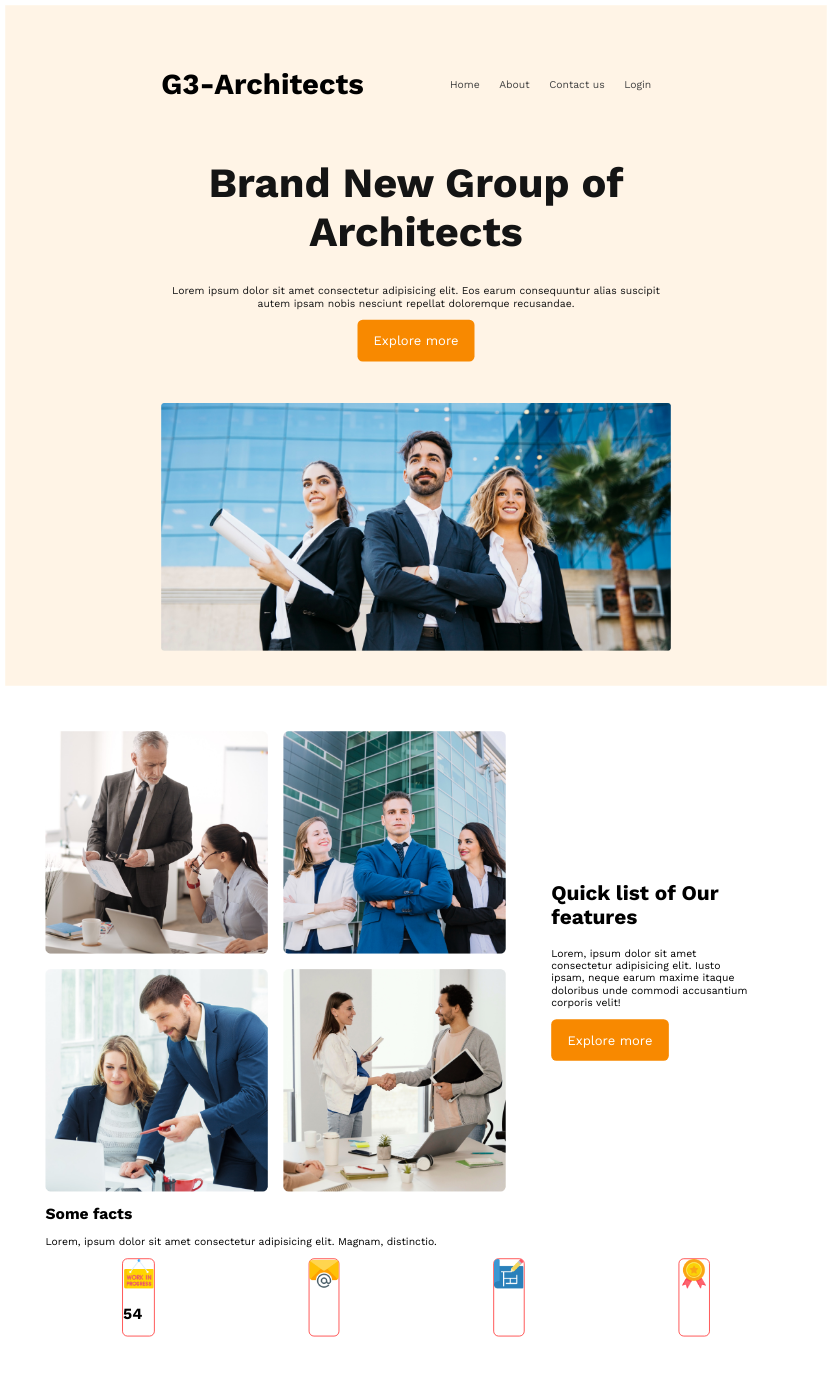
Repository: RudrasahaDibos/architects-resources
Page: index.html
These files come from the project's save history. The page is drawn as it stood at one moment and after the next save; the edit follows.
The browser window is 1280 px wide. The pictures show the whole page, at 65% of full size.

Above is the page before, as saved 2024-10-06 22:10:10.

After the next save:
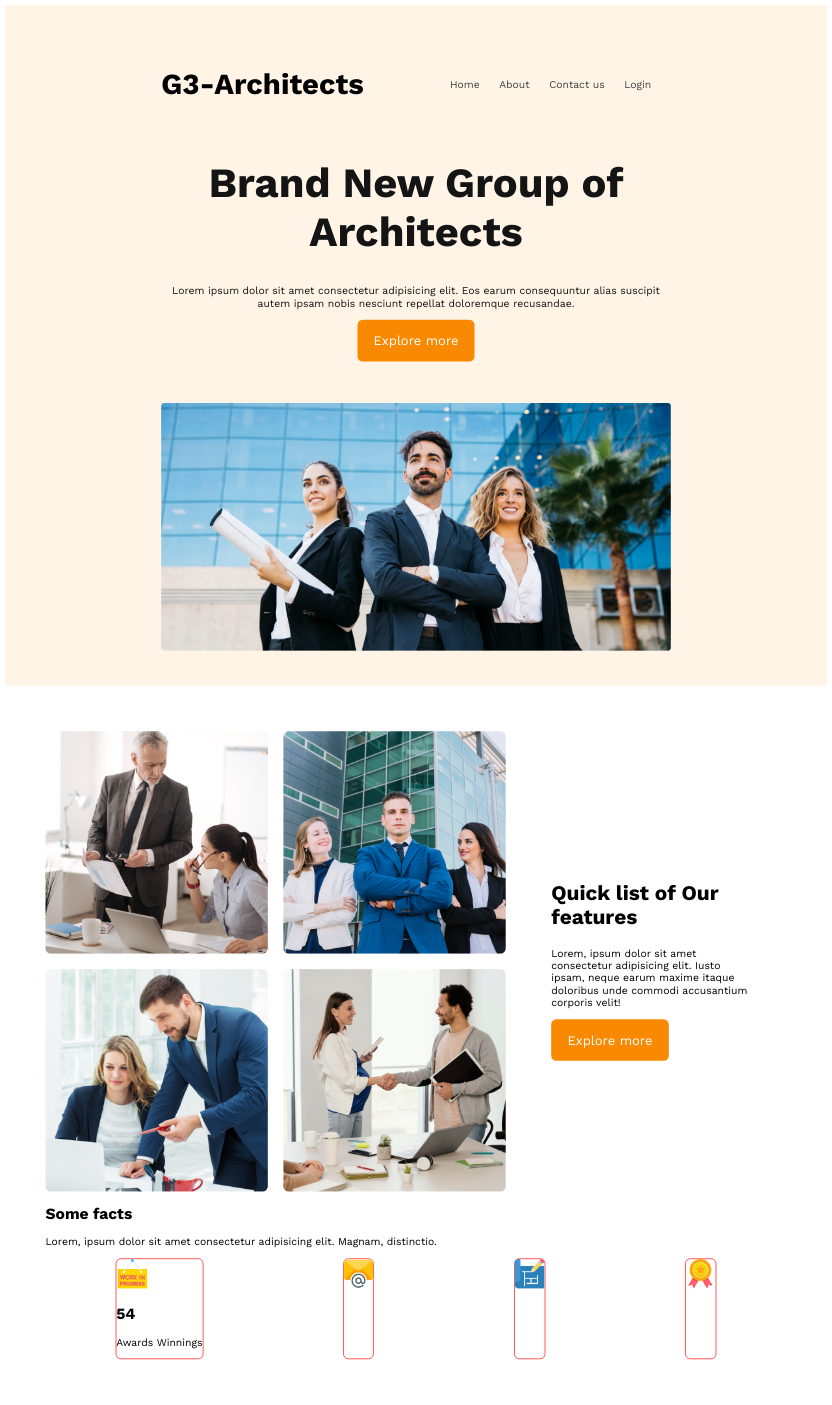
Saved 17 s later.
--- a/index.html
+++ b/index.html
@@ -55,7 +55,7 @@
                           <div class="card">
                             <img src="/images/icons/customers.png" alt="">
                             <h2 class="card-start">54</h2>
-                            <p class="card-title"></p>
+                            <p class="card-title">Awards Winnings</p>
                           </div>
                           <div class="card">
                             <img src="/images/icons/email.png" alt="">
